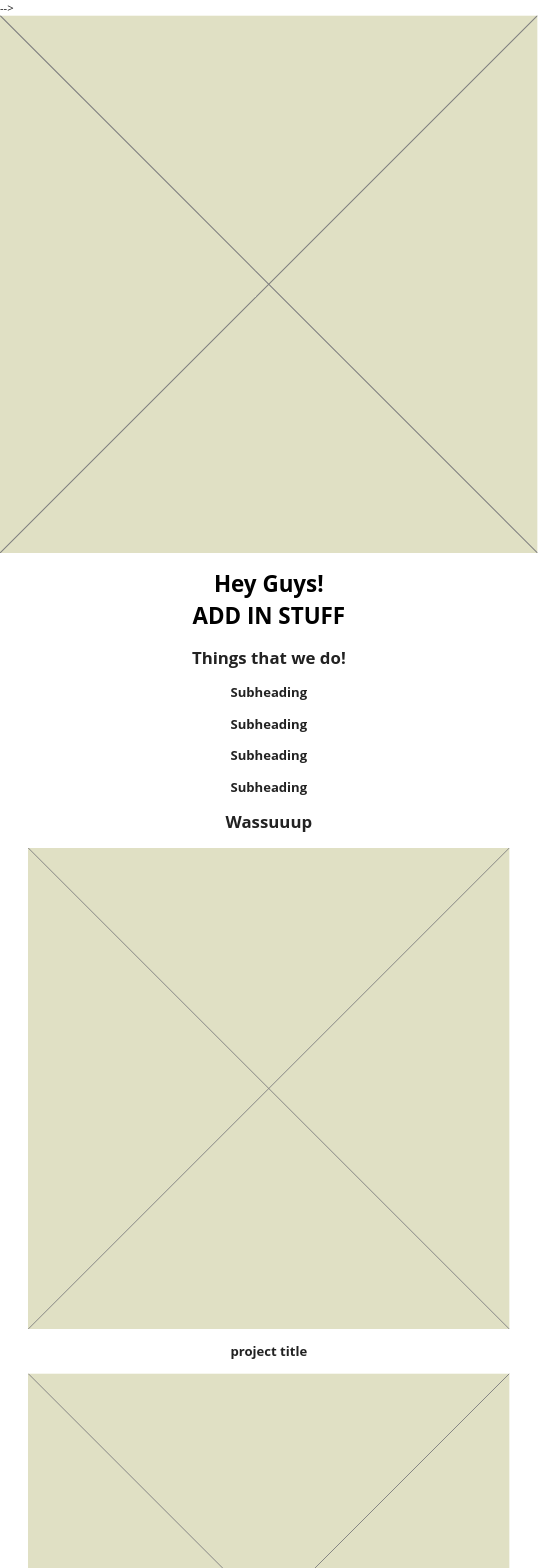
Repository: eilidhma/metrolics
Page: index.html
These files come from the project's save history. The page is drawn as it stood at one moment and after the next save; the edit follows.
The browser window is 768 px wide. The pictures show the part of the page from y = 0 to 2240 px (the page is 11474 px tall before and 9862 px after), at 70% of full size.

Above is the page before, as saved 2021-02-02 17:13:47.

After the next save:
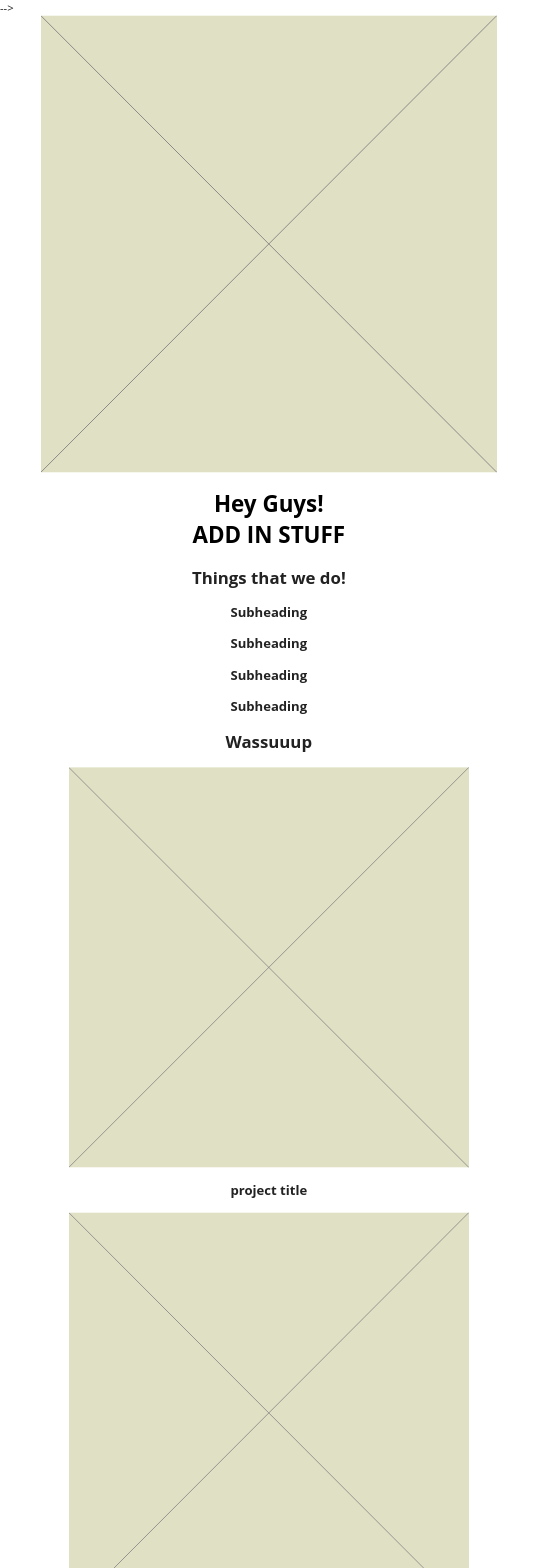
Saved 8 s later.
--- a/css/main.css
+++ b/css/main.css
@@ -110,7 +110,13 @@
 
 /* Medium only */
 
-@media screen and (min-width: 40em) and (max-width: 63.9375em) {}
+@media screen and (min-width: 40em) and (max-width: 63.9375em) {
+  .row {
+    width: 85vw;
+    max-width: 70rem;
+    margin: 0 auto;
+  }
+}
 
 /* Large and up */
 
